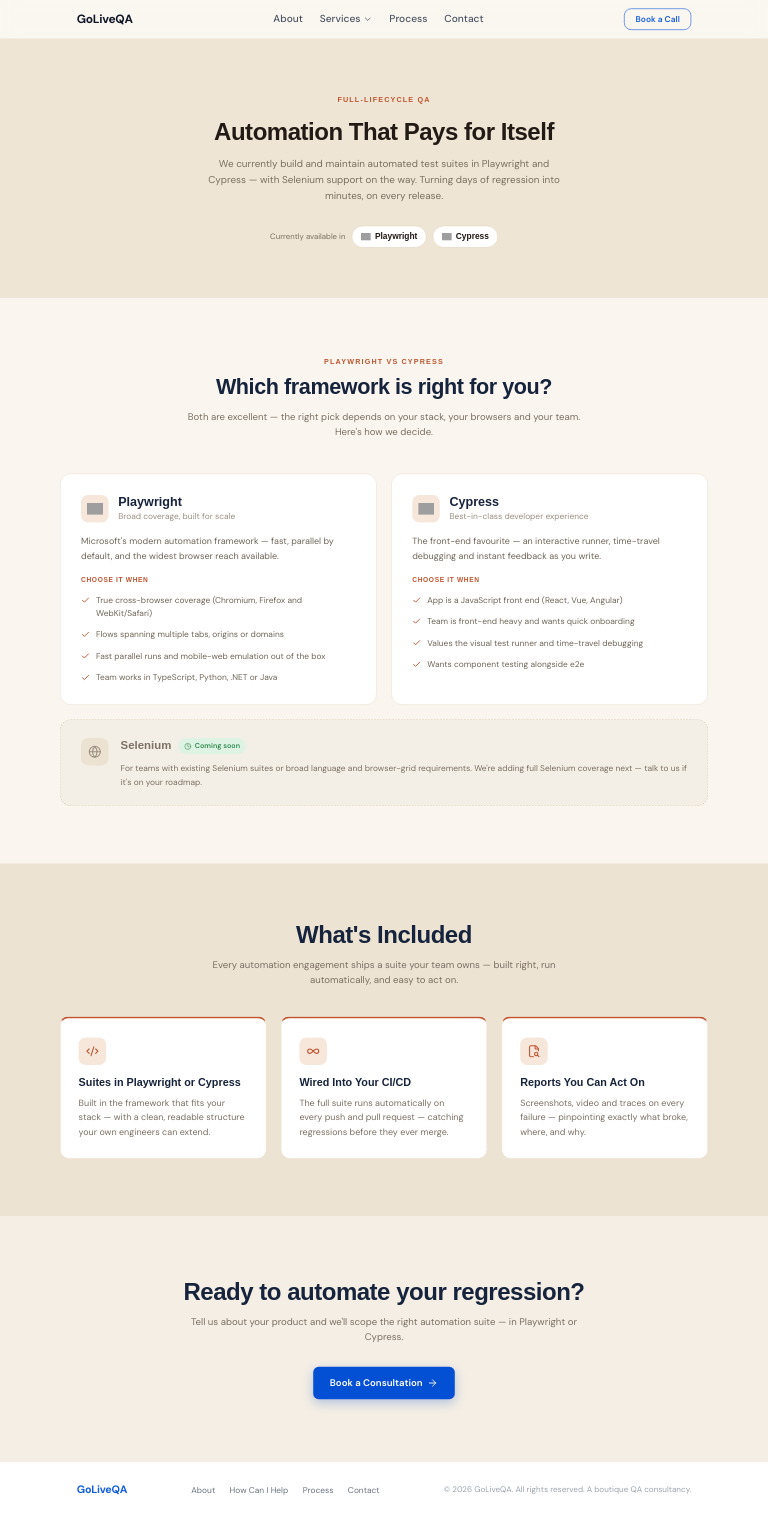
Repository: Monika281992/GoLiveQA
Page: /automation-testing
An editor plug-in stored every save of this project. The page is shown before and after the next save, followed by the edit.
The browser window is 1280 px wide. The pictures show the whole page, at 60% of full size.
Pictures or frames that could not be fetched are drawn as grey boxes. The project was rebuilt for these pictures with package versions that can differ from the ones it lists, and the page was loaded fresh each time. The framework's server and built-in components were replaced by stand-ins that run in the browser. Also part of the build but not shown: next.config.mjs.

Above is the page before, as saved 2026-06-28 12:22:44.

After the next save:
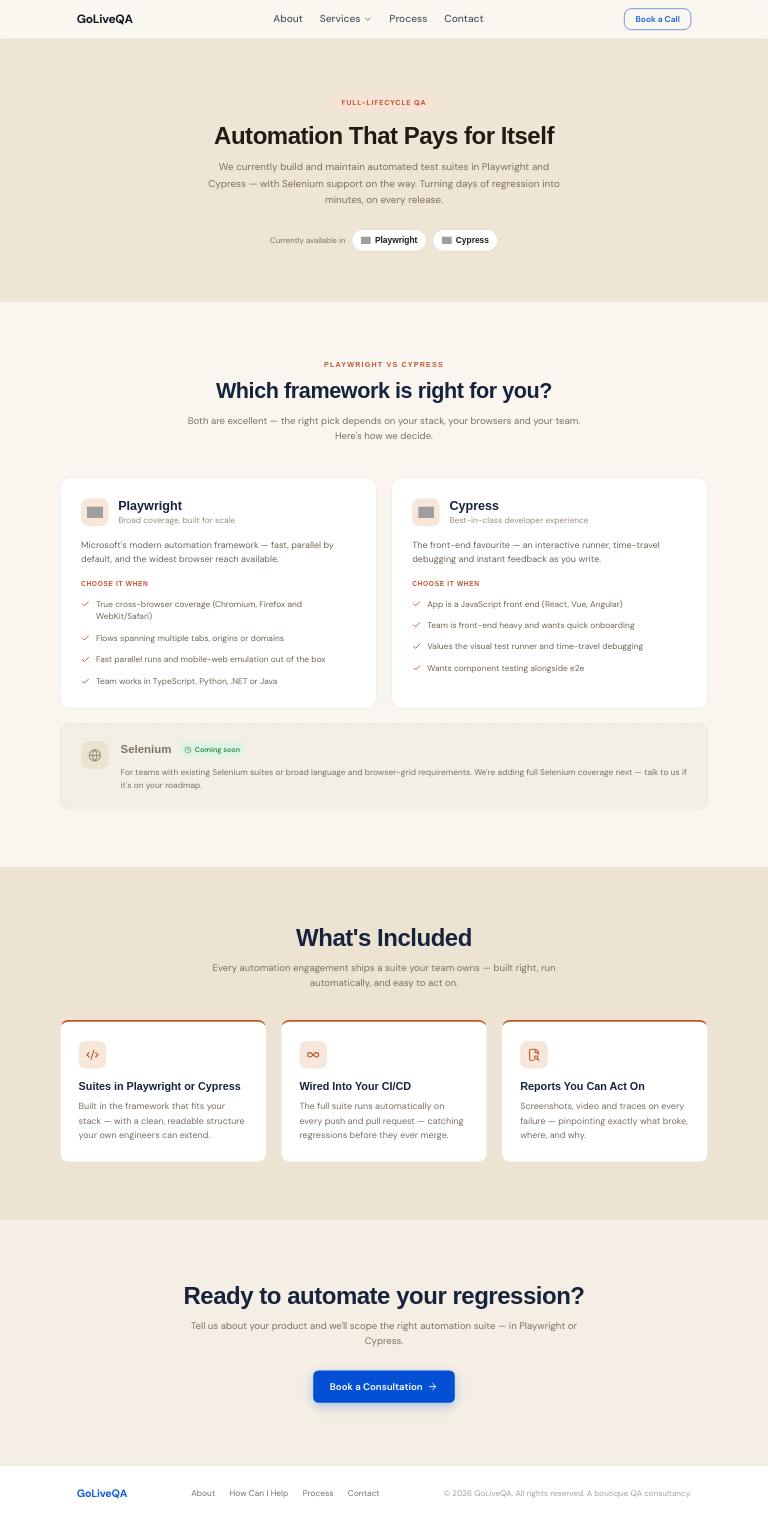
Saved 56 s later.
--- a/components/AutomationTesting.jsx
+++ b/components/AutomationTesting.jsx
@@ -70,17 +70,20 @@
       {/* Hero */}
       <section style={{ background: "#efe5d4", padding: "92px 32px 84px" }}>
         <div style={{ maxWidth: 760, margin: "0 auto", textAlign: "center" }}>
-          <p style={{
-            fontFamily: "'Poppins', sans-serif",
+          <span style={{
+            display: "inline-block",
+            background: "#f7e3d6",
+            color: "#c0552f",
+            fontSize: 12,
             fontWeight: 700,
-            fontSize: 12,
             textTransform: "uppercase",
-            letterSpacing: "0.16em",
-            color: "#c0552f",
-            margin: "0 0 20px",
+            letterSpacing: "0.12em",
+            borderRadius: 999,
+            padding: "5px 14px",
+            marginBottom: 16,
           }}>
             Full-Lifecycle QA
-          </p>
+          </span>
           <h1 style={{
             fontFamily: "'Poppins', sans-serif",
             fontWeight: 600,
